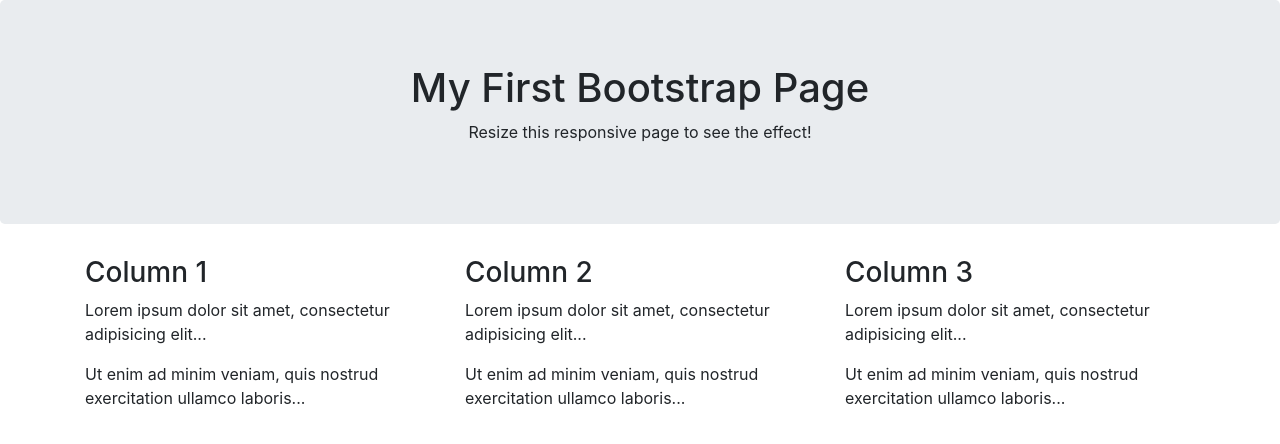
Repository: scass974/pa-spring-boot
Page: todo/src/main/resources/static/index.html
The author's editor kept a copy of each file at every save. The page is drawn from the files as they stood at one save, then again after the next save.
The browser window is 1280 px wide. The pictures show the whole page.

Above is the page before, as saved 2019-09-16 13:41:41.

### todo/src/main/resources/static/index.html
<!DOCTYPE html>
<html lang="en">
<head>
  <title>Bootstrap Example</title>
  <meta charset="utf-8">
  <meta name="viewport" content="width=device-width, initial-scale=1">
  <link rel="stylesheet" href="https://maxcdn.bootstrapcdn.com/bootstrap/4.3.1/css/bootstrap.min.css">
  <script src="https://ajax.googleapis.com/ajax/libs/jquery/3.4.1/jquery.min.js"></script>
  <script src="https://cdnjs.cloudflare.com/ajax/libs/popper.js/1.14.7/umd/popper.min.js"></script>
  <script src="https://maxcdn.bootstrapcdn.com/bootstrap/4.3.1/js/bootstrap.min.js"></script>
</head>
<body>

<div class="jumbotron text-center">
  <h1>My First Bootstrap Page</h1>
  <p>Resize this responsive page to see the effect!</p>
</div>

<div class="container">
  <div class="row">
    <div class="col-sm-4">
      <h3>Column 1</h3>
      <p>Lorem ipsum dolor sit amet, consectetur adipisicing elit...</p>
      <p>Ut enim ad minim veniam, quis nostrud exercitation ullamco laboris...</p>
    </div>
    <div class="col-sm-4">
      <h3>Column 2</h3>
      <p>Lorem ipsum dolor sit amet, consectetur adipisicing elit...</p>
      <p>Ut enim ad minim veniam, quis nostrud exercitation ullamco laboris...</p>
    </div>
    <div class="col-sm-4">
      <h3>Column 3</h3>
      <p>Lorem ipsum dolor sit amet, consectetur adipisicing elit...</p>
      <p>Ut enim ad minim veniam, quis nostrud exercitation ullamco laboris...</p>
    </div>
  </div>
</div>

</body>
</html>

After the next save:
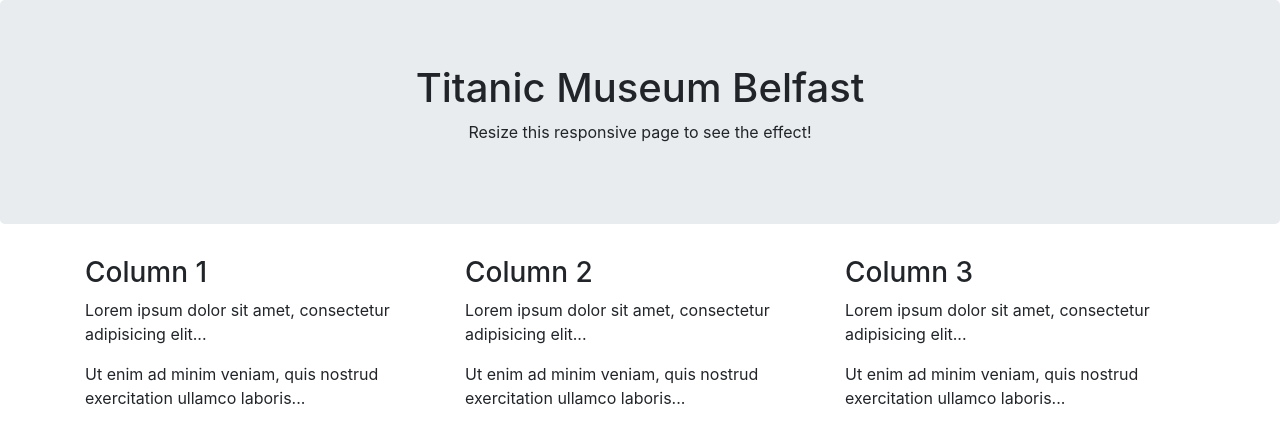
Saved 30 s later.
--- a/todo/src/main/resources/static/index.html
+++ b/todo/src/main/resources/static/index.html
@@ -12,7 +12,7 @@
 <body>
 
 <div class="jumbotron text-center">
-  <h1>My First Bootstrap Page</h1>
+  <h1>Titanic Museum Belfast</h1>
   <p>Resize this responsive page to see the effect!</p>
 </div>
 
